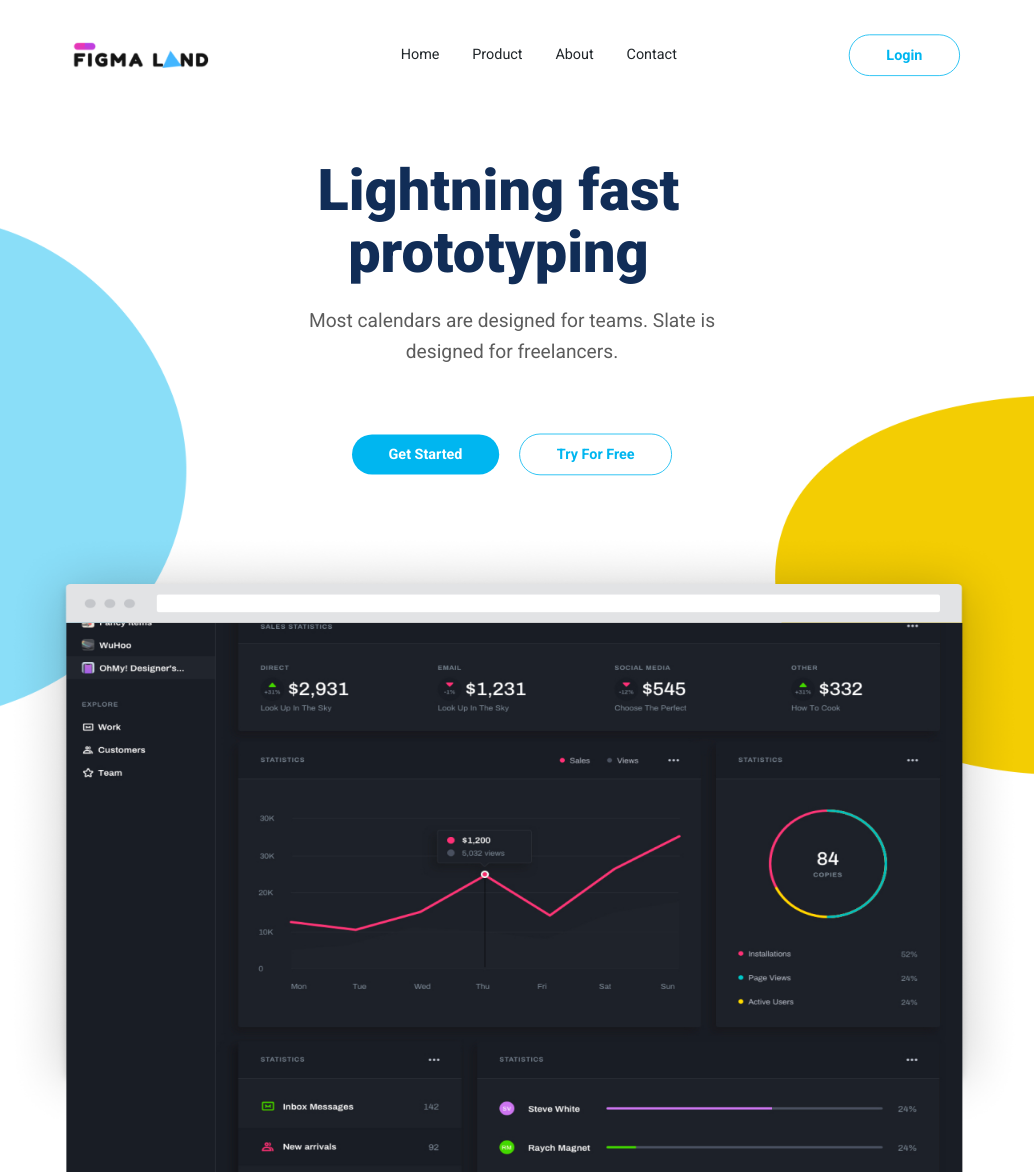
Repository: tungcutte35/Figma-Land
Page: sass/index.html
An editor plug-in stored every save of this project. The page is shown before and after the next save, followed by the edit.
The browser window is 1280 px wide. The page is 1293 px wide, so the pictures cover 1293 px, including what lies to the right of the window. The pictures show the whole page, at 80% of full size.
The style sheet was rebuilt from its Sass, Less or Tailwind sources for each picture, by a compiler version that may differ from the author's.

Above is the page before, as saved 2021-10-23 17:02:14.

After the next save:
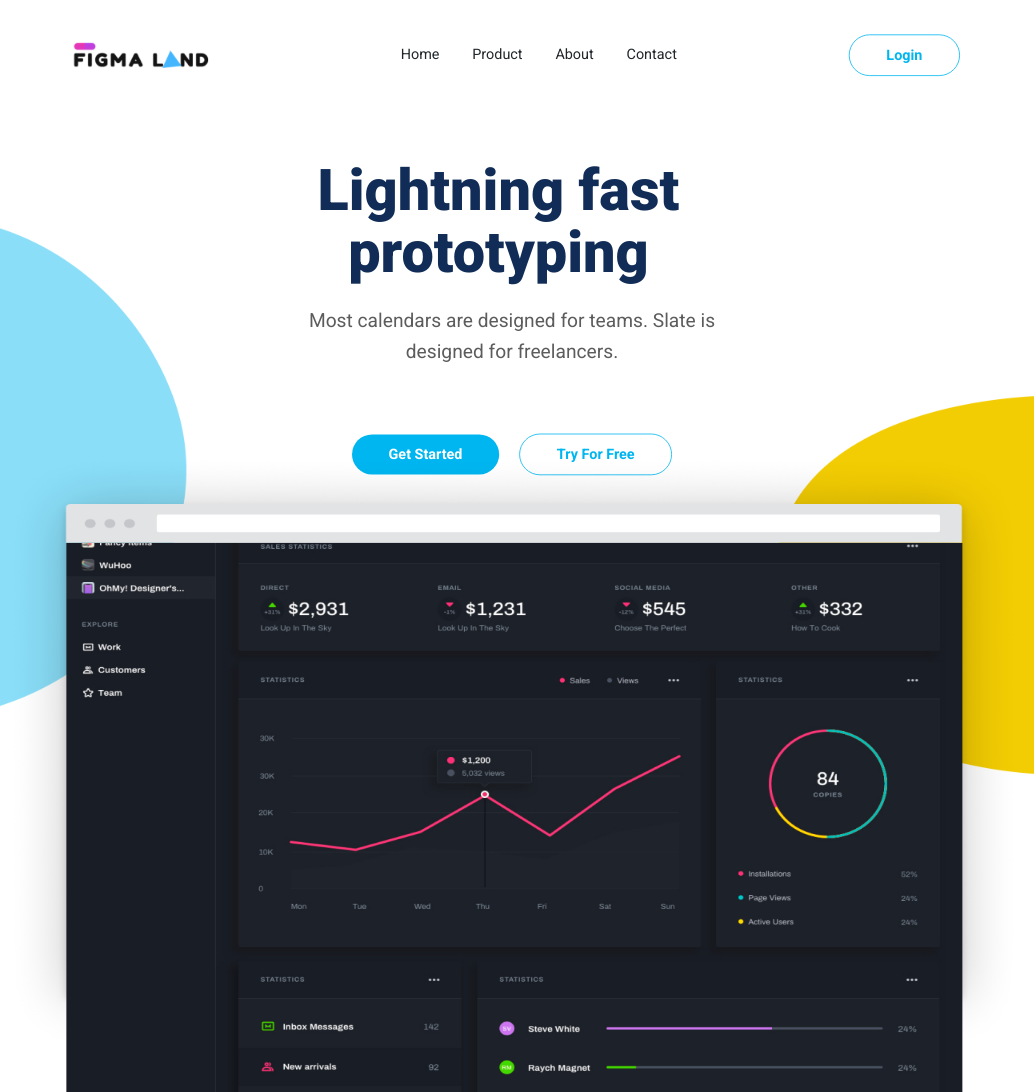
Saved 7 s later.
--- a/sass/_lightning.scss
+++ b/sass/_lightning.scss
@@ -46,6 +46,5 @@
     z-index: 99;
     width: 100%;
     height: 803px;
-    margin-bottom: -100px;
   }
 }
